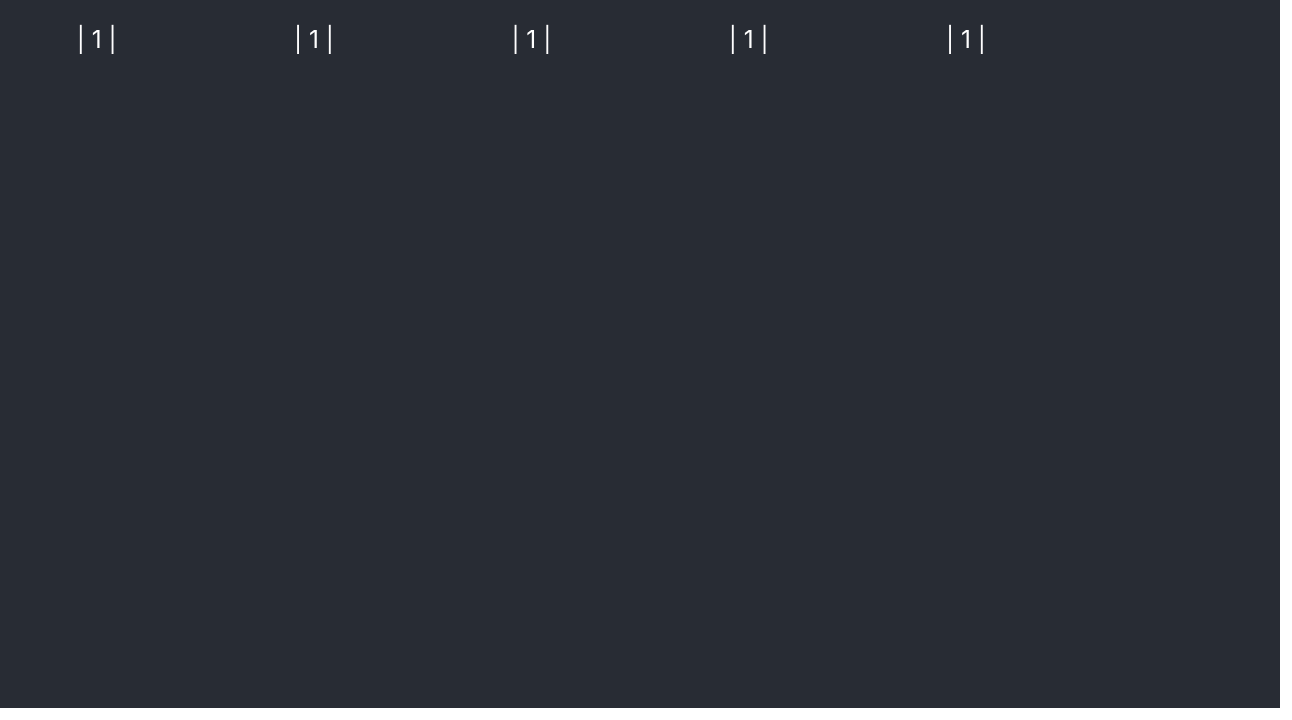
Repository: ghbamorim/megasenaapi
Page: / (app in mega-sena-client/)
An editor plug-in stored every save of this project. The page is shown before and after a run of saves, followed by the edit.
The browser window is 1280 px wide. The page is 1292 px wide, then 1280 px, so the pictures cover 1292 px, including what lies to the right of the window. The pictures show the whole page.
The project was rebuilt for these pictures with package versions that can differ from the ones it lists, and the page was loaded fresh each time.

Above is the page before, as saved 2021-09-11 10:58:16.

After the next 2 saves:
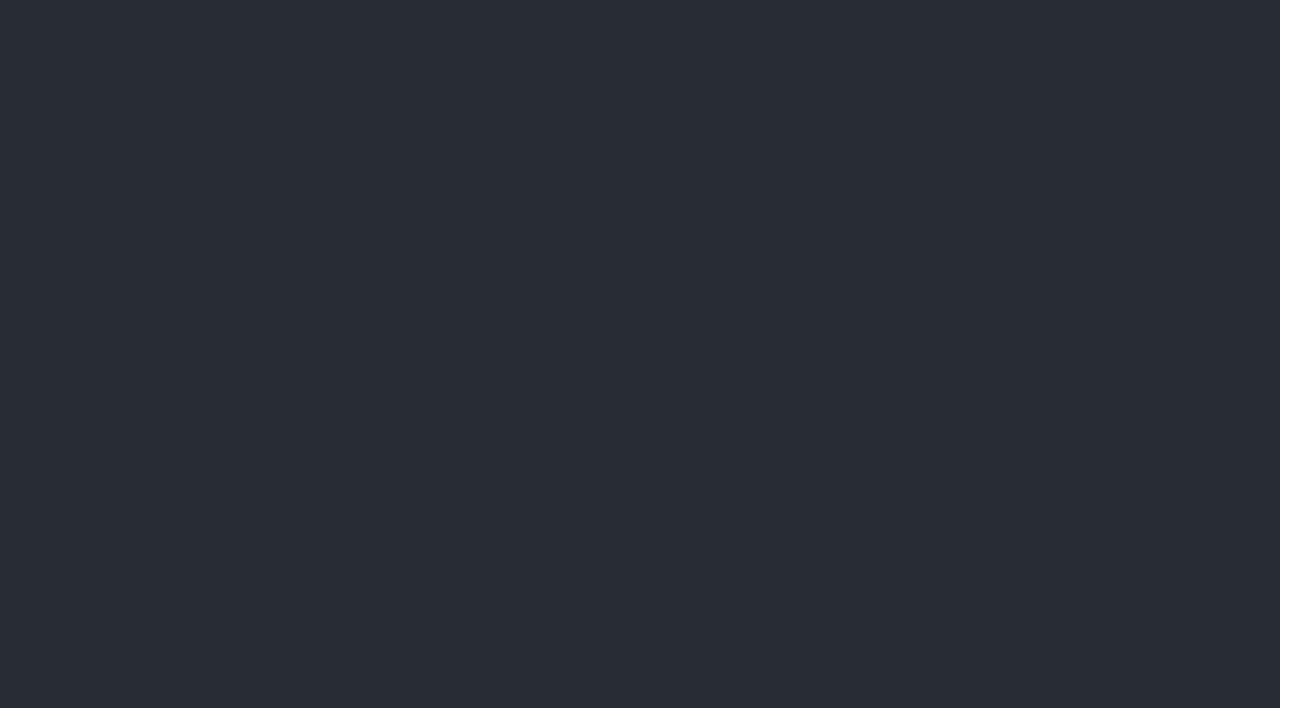
The 2 saves are shown as one change because 1 did not build or start.
The last was saved 70 s later.
--- a/mega-sena-client/src/App.tsx
+++ b/mega-sena-client/src/App.tsx
@@ -28,21 +28,11 @@ function App() {
       <header className="App-header">
         <div className={classes.root}>
           <Grid container spacing={3}>
-            <Grid item xs={2}>
-              <Number number={1} />
-            </Grid>
-            <Grid item xs={2}>
-              <Number number={1} />
-            </Grid>
-            <Grid item xs={2}>
-              <Number number={1} />
-            </Grid>
-            <Grid item xs={2}>
-              <Number number={1} />
-            </Grid>
-            <Grid item xs={2}>
-              <Number number={1} />
-            </Grid>
+            {cols.map((i) => {
+              <Grid item xs={1}>
+                <Number number={i} />
+              </Grid>;
+            })}
           </Grid>
         </div>
       </header>
